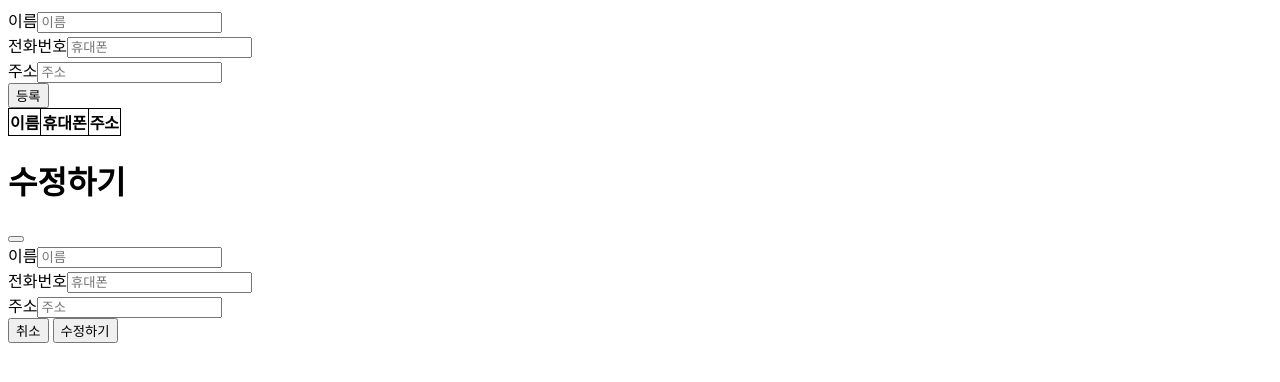
Repository: hoseolkim/highjava
Page: http://localhost/WebStudy02_MVN/adrs/view
An editor plug-in stored every save of this project. The page is shown before and after the next save, followed by the edit.
The browser window is 1280 px wide. The pictures show the whole page.
The page is served by Tomcat 9.

Above is the page before, as saved 2023-09-21 09:42:58.

After the next save:
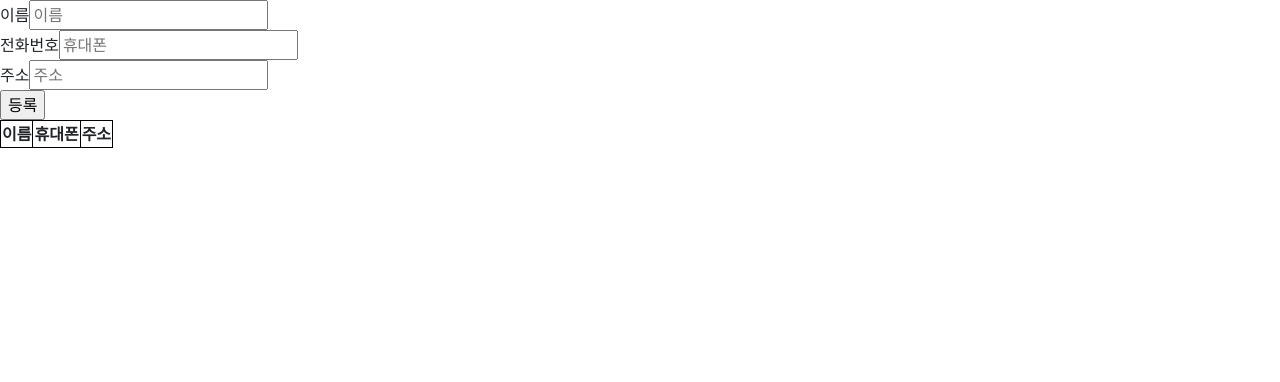
Saved 3 s later.
--- a/WebStudy02_MVN/src/main/webapp/WEB-INF/views/adrs/adrsView.jsp
+++ b/WebStudy02_MVN/src/main/webapp/WEB-INF/views/adrs/adrsView.jsp
@@ -5,7 +5,9 @@
 <head>
 <meta charset="UTF-8">
 <title>Insert title here</title>
+<link href="https://cdn.jsdelivr.net/npm/bootstrap@5.2.3/dist/css/bootstrap.min.css" rel="stylesheet">
 <jsp:include page="/includee/preScript.jsp" />
+<script src="https://cdn.jsdelivr.net/npm/bootstrap@5.2.3/dist/js/bootstrap.bundle.min.js"></script>
 <style>
 	th, td {
 		border : 1px solid black;
